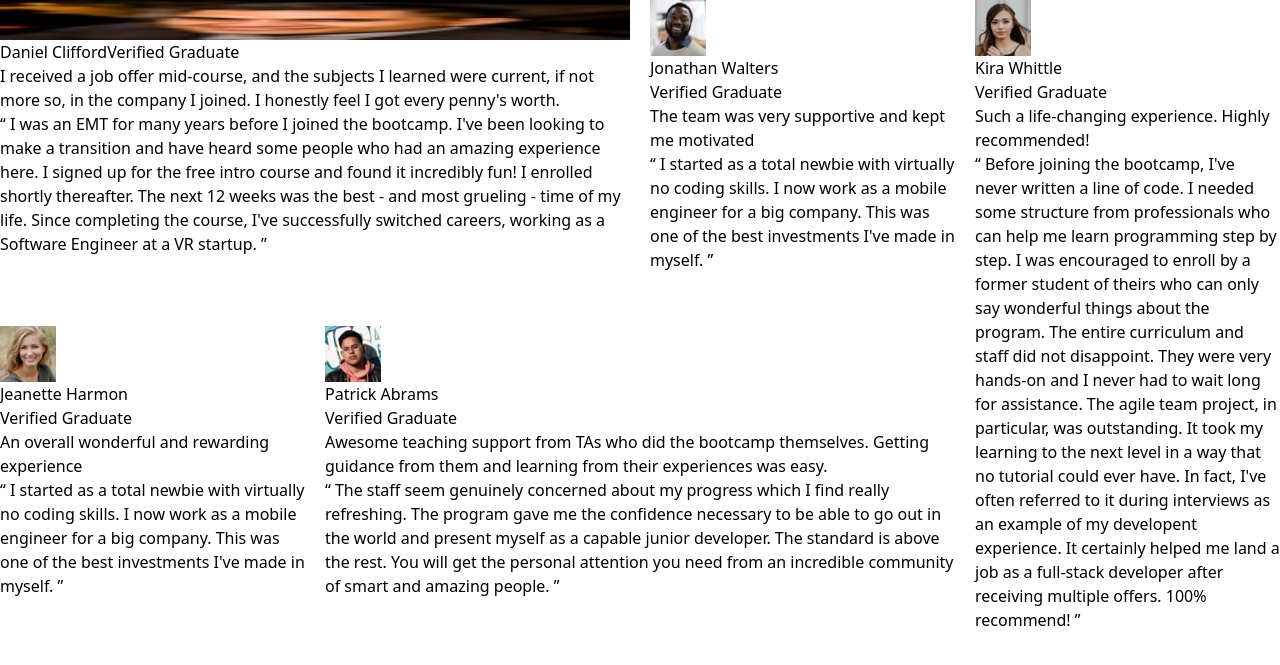
Repository: DiyBookOfLife/ps-FrontendMentor
Page: index.html
The author's editor kept a copy of each file at every save. The page is drawn from the files as they stood at one save, then again after the next save.
The browser window is 1280 px wide. The pictures show the whole page.
Some web libraries are served in a nearby version.

Above is the page before, as saved 2026-01-02 13:24:53.

After the next save:
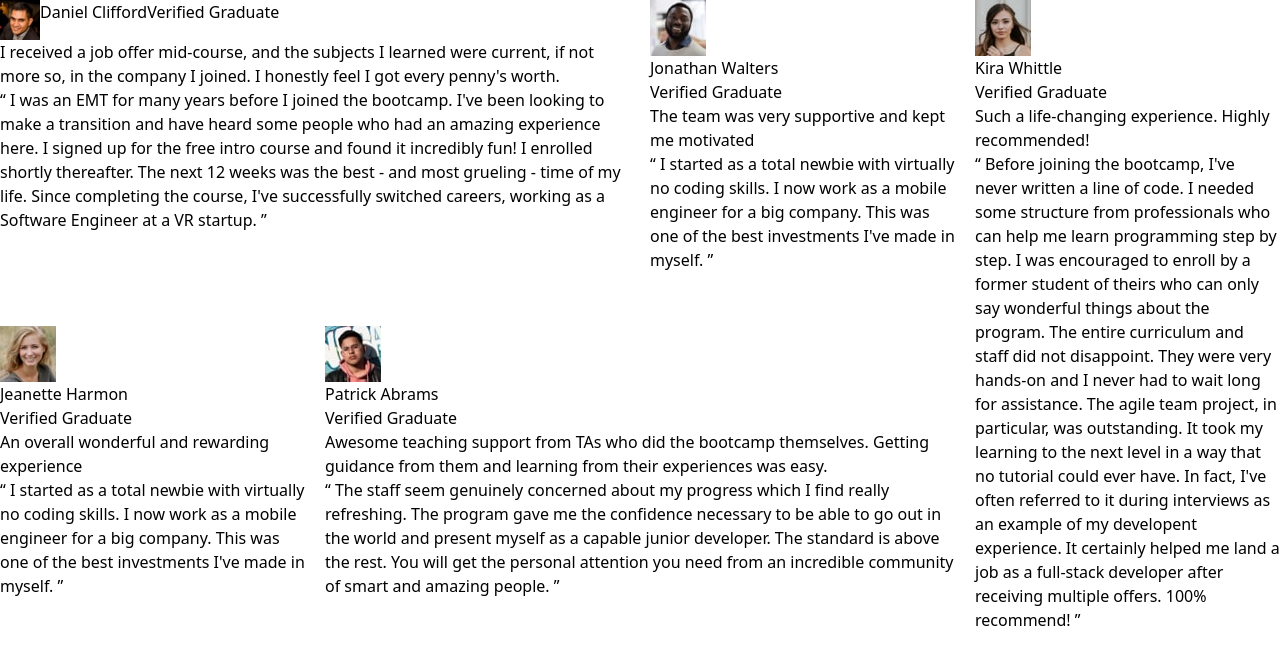
Saved 56 s later.
--- a/index.html
+++ b/index.html
@@ -22,7 +22,7 @@
   <main>
     <section class="grid grid-cols-4 grid-rows-2 gap-[20px]">
       <div class="col-start-1 col-end-3">
-        <div class="flex flex-col">
+        <div class="flex">
           <img class="h-[40px]" src="./images/image-daniel.jpg" alt="picture of daniel">
           <div class="flex">
             <div>Daniel Clifford</div>
